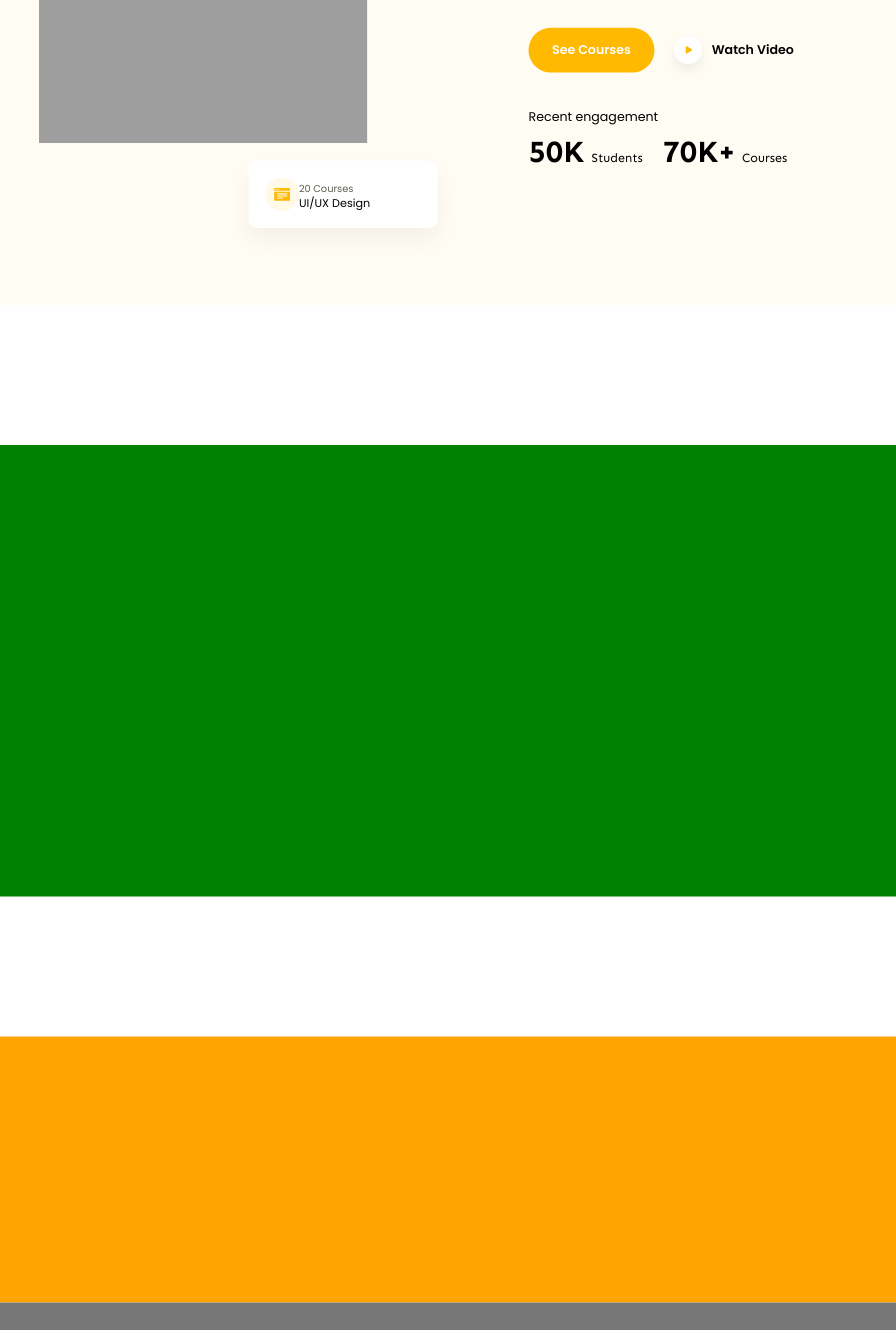
Repository: kauittt/LTWEB
Page: index.html
An editor plug-in stored every save of this project. The page is shown before and after the next save, followed by the edit.
The browser window is 1280 px wide. The pictures show the part of the page from y = 464 to 2364 px (the page is 4909 px tall), at 70% of full size.
Pictures or frames that could not be fetched are drawn as grey boxes.

Above is the page before, as saved 2023-01-18 13:51:08.

After the next save:
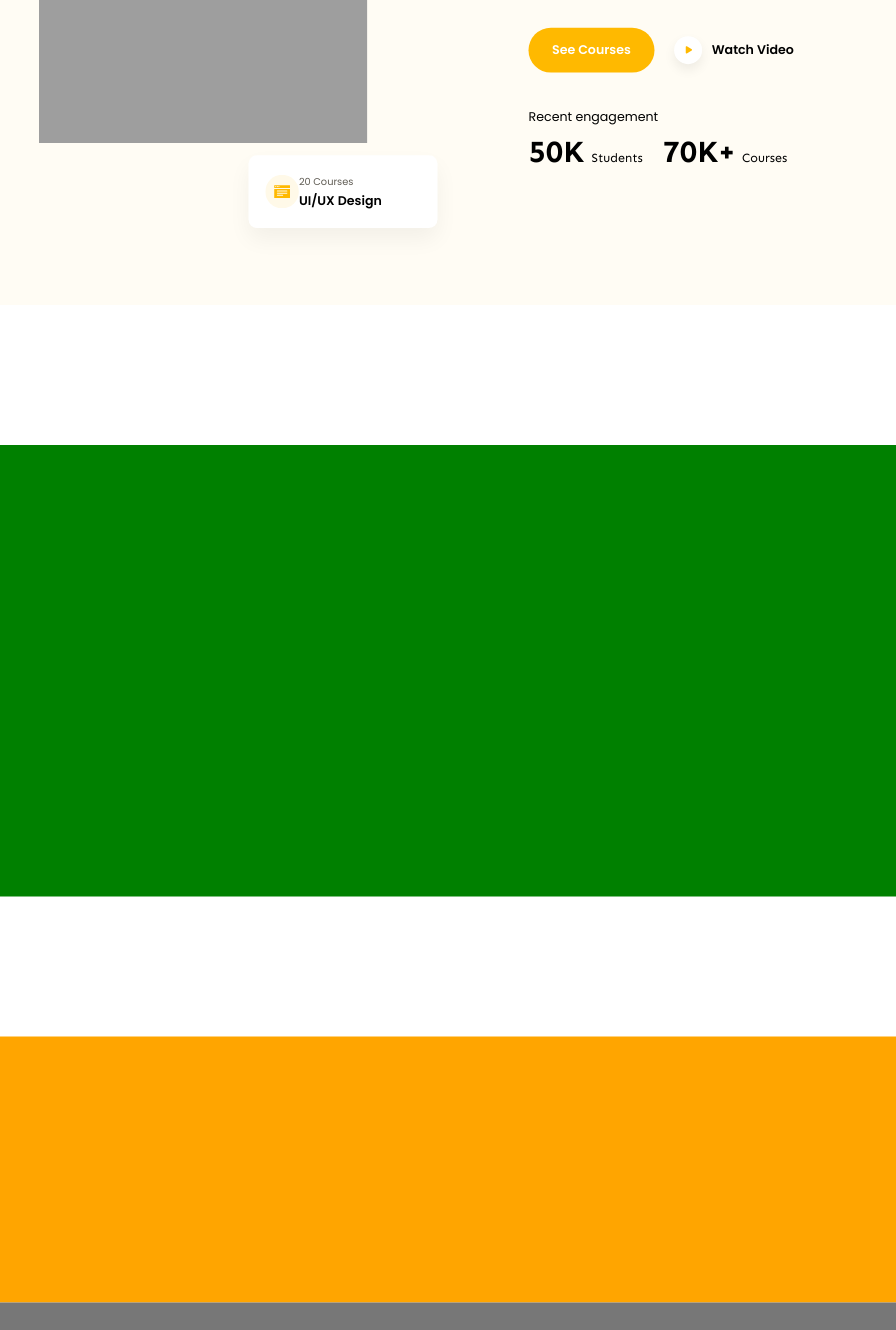
Saved 9 s later.
--- a/assets/css/styles.css
+++ b/assets/css/styles.css
@@ -131,6 +131,9 @@ body {
 }
 
 .header-hero-img-infor-item-desc__name {
+    font-weight: 600;
+    font-size: 18px;
+    line-height: 30px;
 }
 
 .header-hero-content {
